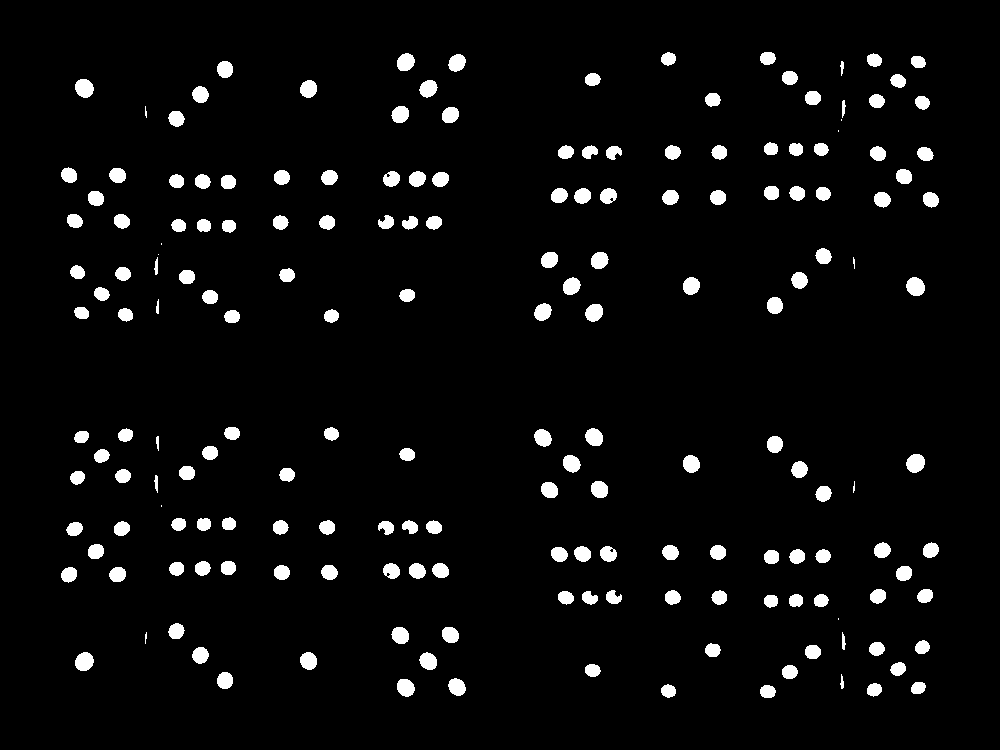
Repository: kaiofbgarcia/OpenCV
Script's output: python Dados/dadosPilha2.py
These files come from the project's save history. The script's output is drawn as it stood at one moment and after the next save; the edit follows.
Random numbers start from a fixed seed. It also reads Dados/imgDados/dadosPilha2.jpg.

Above is the script's output before, as saved 2022-07-01 17:35:57.

After the next save:
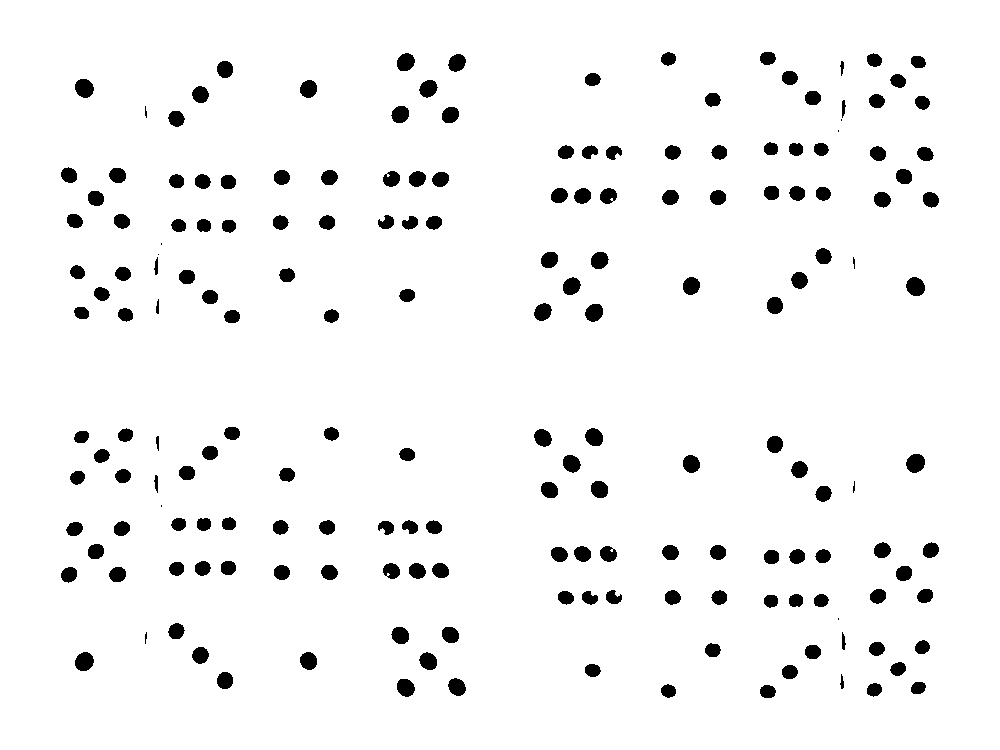
Saved 3 min 3 s later.
--- a/Dados/dadosPilha2.py
+++ b/Dados/dadosPilha2.py
@@ -9,7 +9,7 @@ gray = cv2.cvtColor(imagem, cv2.COLOR_BGR2GRAY)     # GrayScale
 blur = cv2.blur(gray,(3,3))                       # Blur ###############
 
 ret,binary = cv2.threshold(blur , 30 ,255, cv2.THRESH_BINARY)         # Binarização ################
-ret1,binary1 = cv2.threshold(binary,127,255,cv2.THRESH_BINARY_INV)   # Inverter a Binarização
+ret1,binary1 = cv2.threshold(binary,127,255, cv2.THRESH_BINARY_INV)   # Inverter a Binarização
 
 kernel = np.ones((5,5), np.uint8)                   # Erosão
 erosion = cv2.erode(binary1, kernel, iterations=1)  # Erosão
@@ -22,6 +22,6 @@ cv2.drawContours(imagem, contours, -1, (0,255,0), 3)
 
 print("Resultado dos dados: ", cont)
 
-cv2.imshow("Dilatation", binary1)
+cv2.imshow("Dilatation", binary)
 
 cv2.waitKey(0)
